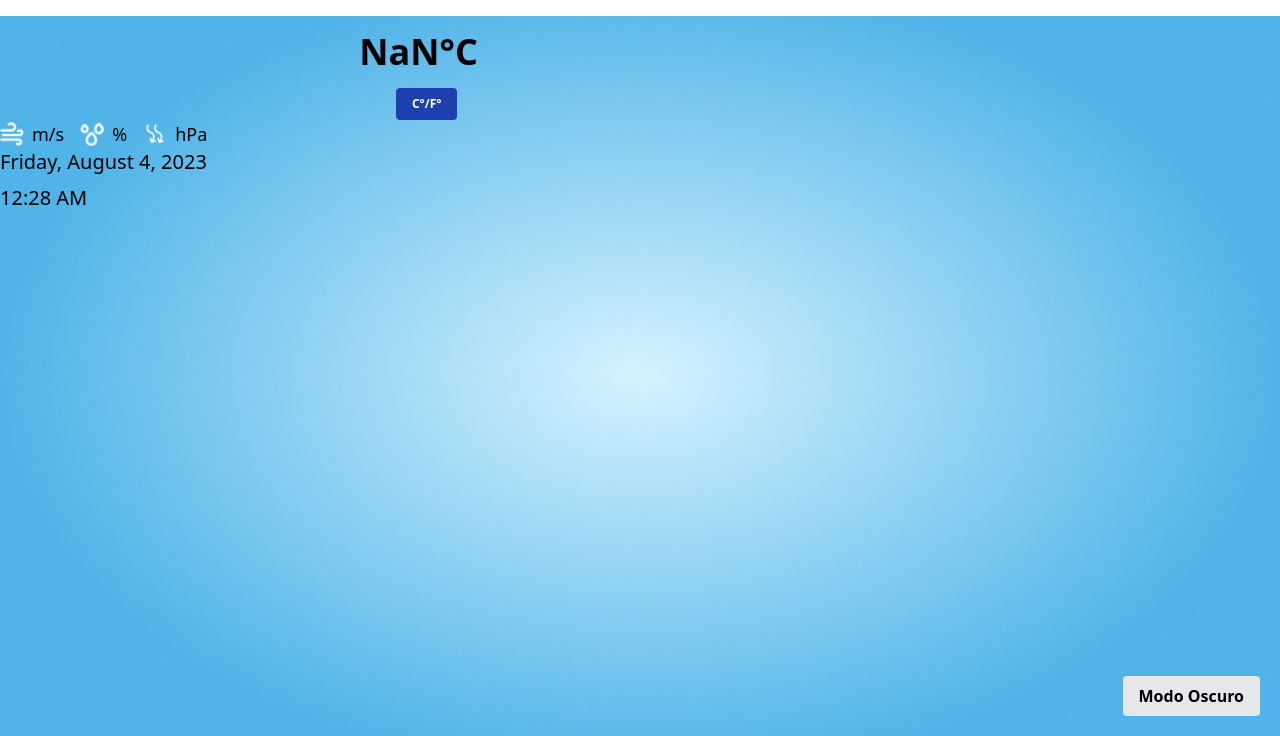
Repository: LukasMoyano/WeatherApp-_-LukasMoyano-_-V-_4.0_6.6.6
Page: /
An editor plug-in stored every save of this project. The page is shown before and after the next save, followed by the edit.
The browser window is 1280 px wide. The pictures show the whole page.
The page's requests for data from a server got no answer. The project was rebuilt for these pictures with package versions that can differ from the ones it lists, and the page was loaded fresh each time. No one was signed in, and anything a server would have sent is missing. Also part of the build but not shown: vite.config.js.

Above is the page before, as saved 2023-08-06 19:06:50.

### index.html
<!DOCTYPE html>
<html lang="en">
  <head>
    <meta charset="UTF-8" />
    <link rel="icon" type="image/png" href="thor-hammer.png">
    <meta name="viewport" content="width=device-width, initial-scale=1.0" />
    <title>WeatherApp - LukasMoyano-_-V-_2.1.1</title>
  </head>
  <body>
    <div id="root"></div>
    <script type="module" src="/src/main.jsx"></script>
  </body>
</html>

### src/main.jsx
import React from 'react'
import ReactDOM from 'react-dom/client'
import App from "/src/App.jsx";

ReactDOM.createRoot(document.getElementById('root')).render(
  <React.StrictMode>
    <App />
  </React.StrictMode>,
)

### src/App.jsx
import { useEffect, useState } from "react";
import axios from "axios";
import Weather from "./components/Weather";
import "./App.css";

function App() {
  const [weatherInfo, setWeatherInfo] = useState(null);
  const [isDarkMode, setIsDarkMode] = useState(false);
  const backgroundImage = isDarkMode ? "image002_Dark%20version.jpg" : "image001_LightVersion.jpg";

  useEffect(() => {
    navigator.geolocation.getCurrentPosition(success);
  }, []);

  const success = (pos) => {
    console.log(pos);

    const lat = pos.coords.latitude;
    const lon = pos.coords.longitude;
    console.log({ lat, lon });

    const API_KEY = "f61630c5193995d939b6b8024057b009";

    const url = `https://api.openweathermap.org/data/2.5/weather?lat=${lat}&lon=${lon}&appid=${API_KEY}`;

    console.log(url);

    axios
      .get(url)
      .then(({ data }) => setWeatherInfo(data))
      .catch((err) => console.log(err));
  };

  const toggleDarkMode = () => {
    setIsDarkMode(!isDarkMode);
  };

  return (
    <div className={`min-h-screen ${isDarkMode ? "dark" : ""}`}>
      <main
        className={`min-h-screen font-lato relative ${
          isDarkMode ? "bg-black bg-opacity-50 text-white" : "bg-white bg-opacity-70 text-black"
        }`}
        style={{
          backgroundImage: `url(public/background/${backgroundImage})`,
          backgroundSize: "cover",
          backgroundPosition: "center",
        }}
      >
        <Weather weatherInfo={weatherInfo} isDarkMode={isDarkMode} />
        <button
          onClick={toggleDarkMode}
          className={`absolute bottom-5 right-5 px-4 py-2 font-bold rounded ${
            isDarkMode ? "bg-gray-800 text-white" : "bg-gray-200 text-black"
          }`}
        >
          {isDarkMode ? "Modo Claro" : "Modo Oscuro"}
        </button>
      </main>
    </div>
  );
}

export default App;

### src/components/Weather.jsx
import { useState } from "react";

const Weather = ({ weatherInfo, isDarkMode }) => {
  const [isCelsius, setIsCelsius] = useState(true);

  const toggleTemperatureUnit = () => {
    setIsCelsius(!isCelsius);
  };

  const convertTemperature = (temperature) => {
    if (isCelsius) {
      return Math.round(temperature - 273.15) + "°C";
    } else {
      return Math.round(((temperature - 273.15) * 9) / 5 + 32) + "°F";
    }
  };

  const getCurrentDateTime = () => {
    const currentDate = new Date();
    const options = {
      weekday: "long",
      day: "numeric",
      month: "long",
      year: "numeric",
    };
    const date = currentDate.toLocaleDateString(undefined, options);
    const time = currentDate.toLocaleTimeString(undefined, {
      hour: "numeric",
      minute: "numeric",
    });
    return { date, time };
  };

  const { date, time } = getCurrentDateTime();

  return (
    <div>

      <div className="flex flex-col md:flex-row md:items-start mt-4">
        <div className="md:w-2/3 md:mr-4">
          <h2 className="text-2xl font-bold mb-4">{weatherInfo?.name}</h2>
          <div className="flex items-center justify-center">
            <span className="text-4xl font-bold">{convertTemperature(weatherInfo?.main.temp)}</span>
            <div className="relative ml-4">
              {weatherInfo?.weather[0].icon ? (
                <img
                  src={`https://openweathermap.org/img/wn/${weatherInfo?.weather[0].icon}@4x.png`}
                  alt="Weather Icon"
                  className="mx-auto h-24"
                />
              ) : null}
              <div className="absolute inset-0 bg-white opacity-50 rounded-lg"></div>
            </div>
          </div>
          <h3 className="text-base mt-4 mb-2">{weatherInfo?.weather[0].description}</h3>
          <button
            onClick={toggleTemperatureUnit}
            className={`bg-blue-800 hover:bg-blue-700 text-white font-bold py-2 px-4 rounded mt-4 mx-auto block text-xs ${
              isDarkMode ? "bg-opacity-70" : "bg-opacity-100"
            }`}
          >
            C°/F°
          </button>
          <section className="grid grid-cols-3 gap-4 md:flex md:flex-row md:items-center">
            <article className="flex items-center justify-center flex-col">
              <div className="flex items-center">
                <img src="./images/wind.png" alt="Wind Icon" className="w-6 h-6 mr-2" />
                <span className="text-lg">{weatherInfo?.wind.speed}m/s</span>
              </div>
            </article>

            <article className="flex items-center justify-center flex-col">
              <div className="flex items-center">
                <img src="./images/humidity.png" alt="Humidity Icon" className="w-6 h-6 mr-2" />
                <span className="text-lg">{weatherInfo?.main.humidity}%</span>
              </div>
            </article>

            <article className="flex items-center justify-center flex-col">
              <div className="flex items-center">
                <img src="./images/pressure.png" alt="Pressure Icon" className="w-6 h-6 mr-2" />
                <span className="text-lg">{weatherInfo?.main.pressure}hPa</span>
              </div>
            </article>
          </section>
        </div>
      </div>
      <p className="text-xl mb-2">{date}</p>
      <p className="text-xl">{time}</p>
    </div>
  );
};

export default Weather;

### src/App.css
@import 'tailwindcss/base';
@import 'tailwindcss/components';
@import 'tailwindcss/utilities';

### tailwind.config.js
/** @type {import('tailwindcss').Config} */
export default {
  content: [
    "./index.html",
    "./src/**/*.{js,ts,jsx,tsx}",
  ],
  theme: {
    extend: {},
    fontFamily: {
      Lato: ["Lato", "Sans-Serif"]
    }
  },
  plugins: [],

}

After the next save:
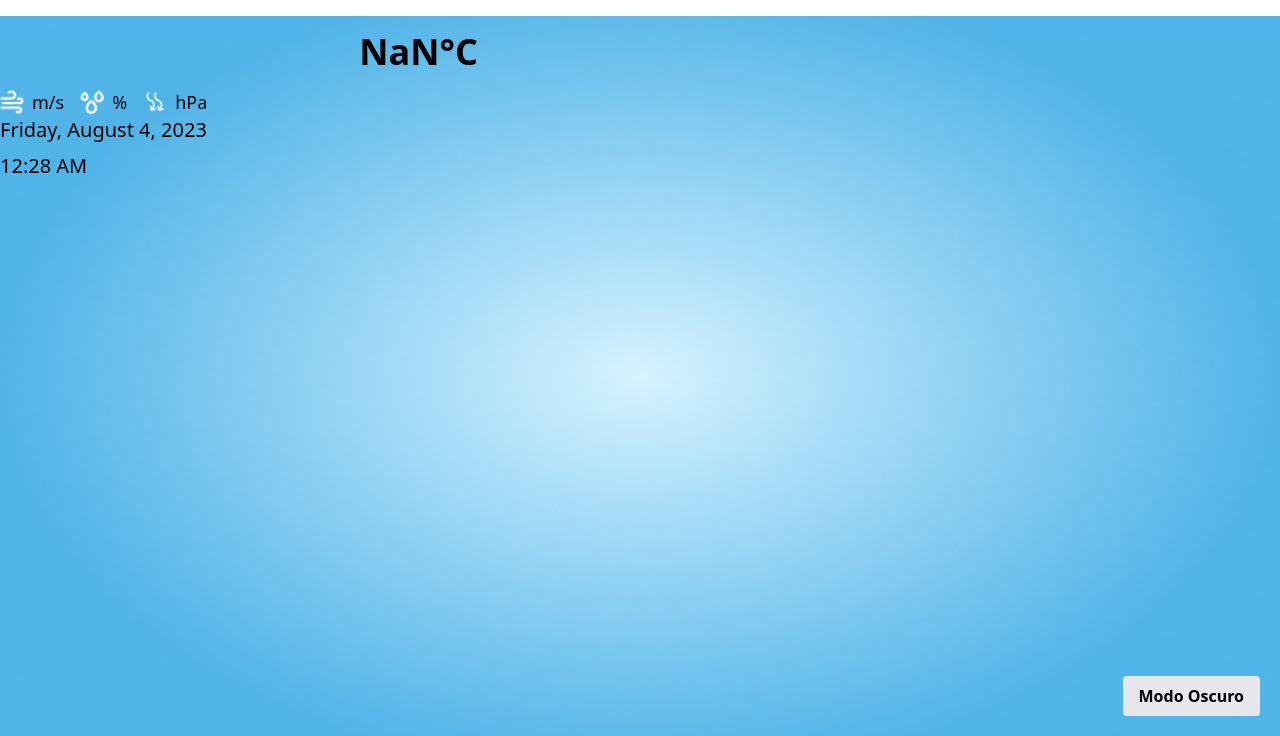
Saved 2 min 54 s later.
--- a/src/components/Weather.jsx
+++ b/src/components/Weather.jsx
@@ -53,14 +53,10 @@ const Weather = ({ weatherInfo, isDarkMode }) => {
             </div>
           </div>
           <h3 className="text-base mt-4 mb-2">{weatherInfo?.weather[0].description}</h3>
-          <button
-            onClick={toggleTemperatureUnit}
-            className={`bg-blue-800 hover:bg-blue-700 text-white font-bold py-2 px-4 rounded mt-4 mx-auto block text-xs ${
-              isDarkMode ? "bg-opacity-70" : "bg-opacity-100"
-            }`}
-          >
-            C°/F°
-          </button>
+
+
+
+
           <section className="grid grid-cols-3 gap-4 md:flex md:flex-row md:items-center">
             <article className="flex items-center justify-center flex-col">
               <div className="flex items-center">
